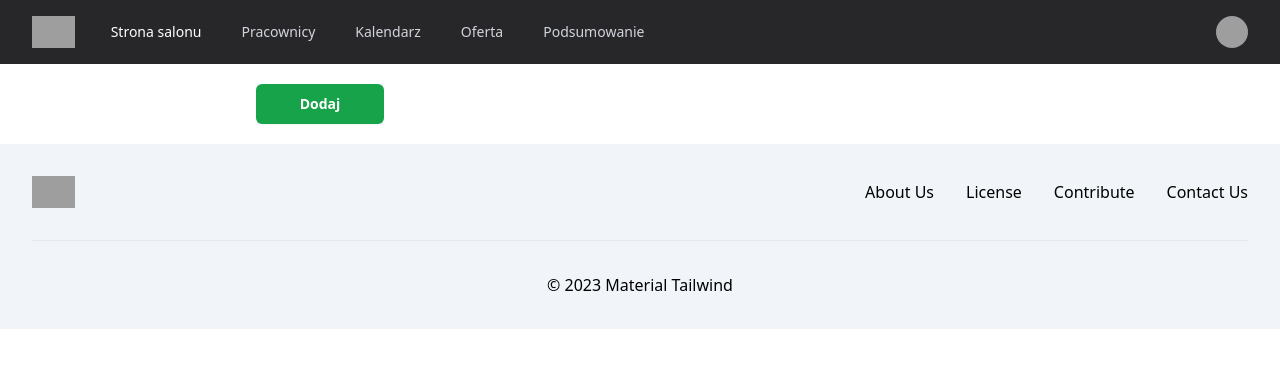
Repository: PrzemyslawJura/my-app
Page: /pracownicy (app in frontend/)
The author's editor kept a copy of each file at every save. The page is drawn from the files as they stood at one save, then again after the next save.
The browser window is 1280 px wide. The pictures show the whole page.
Pictures or frames that could not be fetched are drawn as grey boxes. The page's requests for data from a server got no answer. The project was rebuilt for these pictures with package versions that can differ from the ones it lists, and the page was loaded fresh each time. No one was signed in, and anything a server would have sent is missing. Also part of the build but not shown: frontend/src/components/Location.jsx, frontend/src/home/Feature.jsx, frontend/src/shared_np_buttony_inputy_kalendarze_itp/PaginationTile.jsx, frontend/src/home/Pagination.jsx, frontend/src/home/Listbox.jsx, frontend/src/home/StepOne.jsx, frontend/src/home/StepTwo.jsx, frontend/src/home/SalonOffer.jsx and 22 more.

Above is the page before, as saved 2023-11-24 13:06:09.

### frontend/src/index.js
import React from 'react';
import ReactDOM from 'react-dom/client';
import './index.css';
import App from './core/App';
import reportWebVitals from './reportWebVitals';
import { BrowserRouter } from 'react-router-dom';

const root = ReactDOM.createRoot(document.getElementById('root'));
root.render(
  <React.StrictMode>
    <BrowserRouter>
      <App />
    </BrowserRouter>
  </React.StrictMode>
);

// If you want to start measuring performance in your app, pass a function
// to log results (for example: reportWebVitals(console.log))
// or send to an analytics endpoint. Learn more: https://bit.ly/CRA-vitals
reportWebVitals();

### frontend/src/index.css
@tailwind base;
html {
  scroll-behavior: smooth;
}

@tailwind components;
@tailwind utilities;

### frontend/src/core/App.jsx
import BrowserRoutes from "./BrowserRoutes"
import FooterWithLogo from "./Footer"
import NavbarBiznes from "./NavbarBiznes";
import NavbarHome from "./NavbarHome";



export default function App() {
  let navigationBar = <NavbarHome/>
  function userIsLogin(user)
  {
    if (user == false) navigationBar = <NavbarBiznes/>
    else navigationBar = <NavbarHome/>
  }
  return (
    <>
      {userIsLogin(false)}
      {navigationBar}
      <BrowserRoutes/>
      <FooterWithLogo/>
    </>
  )
}

### frontend/src/core/BrowserRoutes.jsx
import Home from "../home/Home"
import CalendarOfWork from "../biznes/CalendarOfWork"
import SalonPage from "../biznes/SalonPage"
import Workers from "../biznes/Workers"
import { Route, Routes } from "react-router-dom"
import NavbarBiznes from "./NavbarBiznes"

export default function BrowserRoutes() {
  return (
      <Routes>
        <Route path="/" element={<Home/>}/>
        <Route path="/stronasalonu" element={<SalonPage/>}/>
        <Route path="/pracownicy" element={<Workers/>}/>
        <Route path="/kalendarz" element={<CalendarOfWork/>}/>
      </Routes>
  )
}

### frontend/src/core/Footer.jsx
import { Typography } from "@material-tailwind/react";

export default function FooterWithLogo() {
  return (
    <footer id="footer" className="w-full p-8 bg-slate-100">
      <div className="flex flex-row flex-wrap items-center justify-center gap-y-6 gap-x-12 text-center md:justify-between">
      <img
        className="h-8 w-auto"
        src="https://tailwindui.com/img/logos/mark.svg?color=green&shade=600"
        alt=""
      />
        <ul className="flex flex-wrap items-center gap-y-2 gap-x-8">
          <li>
            <Typography
              as="a"
              href="#"
              color="blue-gray"
              className="font-normal transition-colors hover:text-blue-500 focus:text-blue-500"
            >
              About Us
            </Typography>
          </li>
          <li>
            <Typography
              as="a"
              href="#"
              color="blue-gray"
              className="font-normal transition-colors hover:text-blue-500 focus:text-blue-500"
            >
              License
            </Typography>
          </li>
          <li>
            <Typography
              as="a"
              href="#"
              color="blue-gray"
              className="font-normal transition-colors hover:text-blue-500 focus:text-blue-500"
            >
              Contribute
            </Typography>
          </li>
          <li>
            <Typography
              as="a"
              href="#"
              color="blue-gray"
              className="font-normal transition-colors hover:text-blue-500 focus:text-blue-500"
            >
              Contact Us
            </Typography>
          </li>
        </ul>
      </div>
      <hr className="my-8 border-blue-gray-50" />
      <Typography color="blue-gray" className="text-center font-normal">
        &copy; 2023 Material Tailwind
      </Typography>
    </footer>
  );
}

### frontend/src/core/NavbarBiznes.jsx
import { Fragment } from 'react'
import { Disclosure, Menu, Transition } from '@headlessui/react'
import { Bars3Icon, XMarkIcon } from '@heroicons/react/24/outline'


const navigation = [
  { name: 'Strona salonu', href: '/stronasalonu', current: true },
  { name: 'Pracownicy', href: '/pracownicy', current: false },
  { name: 'Kalendarz', href: '/kalendarz', current: false },
  { name: 'Oferta', href: '/oferta', current: false },
  { name: 'Podsumowanie', href: '/podsumowanie', current: false },
]

function classNames(...classes) {
  return classes.filter(Boolean).join(' ')
}

export default function NavbarBiznes({}) {
  return (
    <Disclosure as="nav" className="bg-zinc-800">
      {({ open }) => (
        <>
          <div className="mx-auto max-w-7xl px-2 sm:px-6 lg:px-8">
            <div className="relative flex h-16 items-center justify-between">
              <div className="absolute inset-y-0 left-0 flex items-center sm:hidden">
                {/* Mobile menu button*/}
                <Disclosure.Button className="relative inline-flex items-center justify-center rounded-md p-2 text-gray-400 hover:bg-gray-700 hover:text-white focus:outline-none focus:ring-2 focus:ring-inset focus:ring-white">
                  <span className="absolute -inset-0.5" />
                  <span className="sr-only">Open main menu</span>
                  {open ? (
                    <XMarkIcon className="block h-6 w-6" aria-hidden="true" />
                  ) : (
                    <Bars3Icon className="block h-6 w-6" aria-hidden="true" />
                  )}
                </Disclosure.Button>
              </div>
              <div className="flex flex-1 items-center justify-center sm:items-stretch sm:justify-start">
                <div className="flex flex-shrink-0 items-center">
                  <img
                    className="h-8 w-auto"
                    src="https://tailwindui.com/img/logos/mark.svg?color=green&shade=500"
                    alt="Your Company"
                  />
                </div>
                <div className="hidden sm:ml-6 sm:block">
                  <div className="flex space-x-4">
                    {navigation.map((item) => (
                      <a
                        key={item.name}
                        href={item.href}
                        className={classNames(
                          item.current ? 'bg-zinc-800 text-white' : 'text-gray-300 hover:bg-zinc-600 hover:text-white',
                          'rounded-md px-3 py-2 text-sm font-medium'
                        )}
                        aria-current={item.current ? 'page' : undefined}
                      >
                        {item.name}
                      </a>
                    ))}
                  </div>
                </div>
              </div>
              <div className="absolute inset-y-0 right-0 flex items-center pr-2 sm:static sm:inset-auto sm:ml-6 sm:pr-0">
                {/* Profile dropdown */}
                <Menu as="div" className="relative ml-3">
                  <div>
                    <Menu.Button className="relative flex rounded-full bg-gray-800 text-sm focus:outline-none focus:ring-2 focus:ring-white focus:ring-offset-2 focus:ring-offset-gray-800">
                      <span className="absolute -inset-1.5" />
                      <span className="sr-only">Open user menu</span>
                      <img
                        className="h-8 w-8 rounded-full"
                        src="https://images.unsplash.com/photo-1592647420148-bfcc177e2117?ixlib=rb-4.0.3&ixid=M3wxMjA3fDB8MHxwaG90by1wYWdlfHx8fGVufDB8fHx8fA%3D%3D&auto=format&fit=crop&w=2039&q=80"
                        alt=""
                      />
                    </Menu.Button>
                  </div>
                  <Transition
                    as={Fragment}
                    enter="transition ease-out duration-100"
                    enterFrom="transform opacity-0 scale-95"
                    enterTo="transform opacity-100 scale-100"
                    leave="transition ease-in duration-75"
                    leaveFrom="transform opacity-100 scale-100"
                    leaveTo="transform opacity-0 scale-95"
                  >
                    <Menu.Items className="absolute right-0 z-10 mt-2 w-48 origin-top-right rounded-md bg-white py-1 shadow-lg ring-1 ring-black ring-opacity-5 focus:outline-none">
                      <Menu.Item>
                        {({ active }) => (
                          <a
                            href="#"
                            className={classNames(active ? 'bg-gray-100' : '', 'block px-4 py-2 text-sm text-gray-700')}
                          >
                            Twój profil
                          </a>
                        )}
                      </Menu.Item>
                      <Menu.Item>
                        {({ active }) => (
                          <a
                            href="#"
                            className={classNames(active ? 'bg-gray-100' : '', 'block px-4 py-2 text-sm text-gray-700')}
                          >
                            Ustawienia
                          </a>
                        )}
                      </Menu.Item>
                      <Menu.Item>
                        {({ active }) => (
                          <a
                            href="#"
                            className={classNames(active ? 'bg-gray-100' : '', 'block px-4 py-2 text-sm text-gray-700')}
                          >
                            Wyloguj
                          </a>
                        )}
                      </Menu.Item>
                    </Menu.Items>
                  </Transition>
                </Menu>
              </div>
            </div>
          </div>

          <Disclosure.Panel className="sm:hidden">
            <div className="space-y-1 px-2 pb-3 pt-2">
              {navigation.map((item) => (
                <Disclosure.Button
                  key={item.name}
                  as="a"
                  href={item.href}
                  className={classNames(
                    item.current ? 'bg-gray-900 text-white' : 'text-gray-300 hover:bg-gray-700 hover:text-white',
                    'block rounded-md px-3 py-2 text-base font-medium'
                  )}
                  aria-current={item.current ? 'page' : undefined}
                >
                  {item.name}
                </Disclosure.Button>
              ))}
            </div>
          </Disclosure.Panel>
        </>
      )}
    </Disclosure>
  )
}

### frontend/src/biznes/Workers.jsx
import React, { useState } from 'react'
import AddWorker from "./AddWorker"
import MainButton from "../shared_np_buttony_inputy_kalendarze_itp/MainButton"
import Dropdown from "../shared_np_buttony_inputy_kalendarze_itp/Dropdown"
import Hairdresser from "../components/Hairdresser"
import { useEffect } from 'react';
import Service from '../components/Service'

const people = [
  {
    name: 'Leslie Alexander',
    email: 'leslie.alexander@example.com',
    telephone: '213 123 123',
    role: 'Co-Founder / CEO',
    imageUrl:
      'https://images.unsplash.com/photo-1494790108377-be9c29b29330?ixlib=rb-1.2.1&ixid=eyJhcHBfaWQiOjEyMDd9&auto=format&fit=facearea&facepad=2&w=256&h=256&q=80',
    lastSeen: '3h ago',
    lastSeenDateTime: '2023-01-23T13:23Z',
  },
  {
    name: 'Michael Foster',
    email: 'michael.foster@example.com',
    role: 'Co-Founder / CTO',
    imageUrl:
      'https://images.unsplash.com/photo-1519244703995-f4e0f30006d5?ixlib=rb-1.2.1&ixid=eyJhcHBfaWQiOjEyMDd9&auto=format&fit=facearea&facepad=2&w=256&h=256&q=80',
    lastSeen: '3h ago',
    lastSeenDateTime: '2023-01-23T13:23Z',
  },
  {
    name: 'Dries Vincent',
    email: 'dries.vincent@example.com',
    role: 'Business Relations',
    imageUrl:
      'https://images.unsplash.com/photo-1506794778202-cad84cf45f1d?ixlib=rb-1.2.1&ixid=eyJhcHBfaWQiOjEyMDd9&auto=format&fit=facearea&facepad=2&w=256&h=256&q=80',
    lastSeen: null,
  },
  {
    name: 'Lindsay Walton',
    email: 'lindsay.walton@example.com',
    role: 'Front-end Developer',
    imageUrl:
      'https://images.unsplash.com/photo-1517841905240-472988babdf9?ixlib=rb-1.2.1&ixid=eyJhcHBfaWQiOjEyMDd9&auto=format&fit=facearea&facepad=2&w=256&h=256&q=80',
    lastSeen: '3h ago',
    lastSeenDateTime: '2023-01-23T13:23Z',
  },
  {
    name: 'Courtney Henry',
    email: 'courtney.henry@example.com',
    role: 'Designer',
    imageUrl:
      'https://images.unsplash.com/photo-1438761681033-6461ffad8d80?ixlib=rb-1.2.1&ixid=eyJhcHBfaWQiOjEyMDd9&auto=format&fit=facearea&facepad=2&w=256&h=256&q=80',
    lastSeen: '3h ago',
    lastSeenDateTime: '2023-01-23T13:23Z',
  },
  {
    name: 'Tom Cook',
    email: 'tom.cook@example.com',
    role: 'Director of Product',
    imageUrl:
      'https://images.unsplash.com/photo-1472099645785-5658abf4ff4e?ixlib=rb-1.2.1&ixid=eyJhcHBfaWQiOjEyMDd9&auto=format&fit=facearea&facepad=2&w=256&h=256&q=80',
    lastSeen: null,
  },
]

const sortOptions = [
  { name: 'Zmień dane', href: '#', current: true },
  { name: 'Usuń pracownika', href: '#', current: true },
  { name: 'Dodaj nieobecność', href: '#', current: true }
]



export default function Workers() {
  const [isShown, setIsShown] = useState(0);
  const [workers, setWorkers] = useState([]);

  useEffect(() => {
    fetch('https://localhost:7230/Salons/WorkersWithSalonId/1')
      .then((res) => res.json())
      .then((result) => {
        setWorkers(result);
        console.log(result)
      });
  }, [])

  return (
    <>
        <div className="w-3/5 m-auto my-5 ">
            <ul role="list" className="divide-y divide-gray-100">
              {workers.map((person) => (
                <>
                <li key={person.id} className="flex justify-between gap-x-6 py-5">
                  <Hairdresser person={person}/>
                  <Dropdown title="Edytuj" options={sortOptions}/>
                </li>
                <Service workerId={person.id}/>
                </>
              ))}
            </ul>
            <span onClick={() => setIsShown(1)}>
              <MainButton text="Dodaj"/>
              </span>
            {isShown == 1 && <AddWorker setIsShown={setIsShown} />}
            {/*}{isShown == 2 && <AddService setIsShown={setIsShown} />}{*/}
        </div>
    </>
  )
}

### frontend/src/shared_np_buttony_inputy_kalendarze_itp/MainButton.jsx
export default function MainButton({text}) {
    return (
        <button
        type="submit"
        className="w-20 sm:w-32 flex-none rounded-md bg-green-600 px-3.5 py-2.5 text-sm font-semibold max-h-10 my-auto
                   text-white shadow-sm hover:bg-green-400 focus-visible:outline focus-visible:outline-2
                   focus-visible:outline-offset-2 focus-visible:outline-indigo-500"
        >
        {text}
        </button>
    )}

### frontend/tailwind.config.js
/** @type {import('tailwindcss').Config} */
module.exports = {
  content: [
    "./src/**/*.{js,jsx,ts,tsx}",
  ],
  theme: {
    extend: {
      backgroundImage: {
        /*https://unsplash.com/photos/EW_rqoSdDes?utm_source=unsplash&utm_medium=referral&utm_content=creditShareLink*/
        /*author: Nathon Oski*/
        'main-image': "url('/src/assets/main-image.jpg')",
      },
      backgroundColor: {
        'bgGray': '#f8f9fa',
      }
    },
  },
  plugins: [],
}

Loaded but not shown: frontend/public/index.html (common file); frontend/src/reportWebVitals.js (common file)

After the next save:
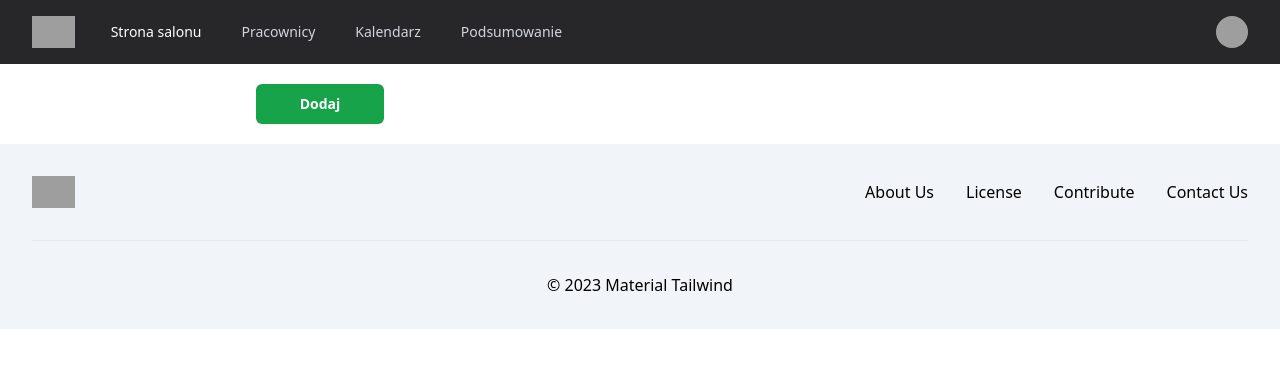
Saved 12 s later.
--- a/frontend/src/core/NavbarBiznes.jsx
+++ b/frontend/src/core/NavbarBiznes.jsx
@@ -7,7 +7,6 @@ const navigation = [
   { name: 'Strona salonu', href: '/stronasalonu', current: true },
   { name: 'Pracownicy', href: '/pracownicy', current: false },
   { name: 'Kalendarz', href: '/kalendarz', current: false },
-  { name: 'Oferta', href: '/oferta', current: false },
   { name: 'Podsumowanie', href: '/podsumowanie', current: false },
 ]
 
